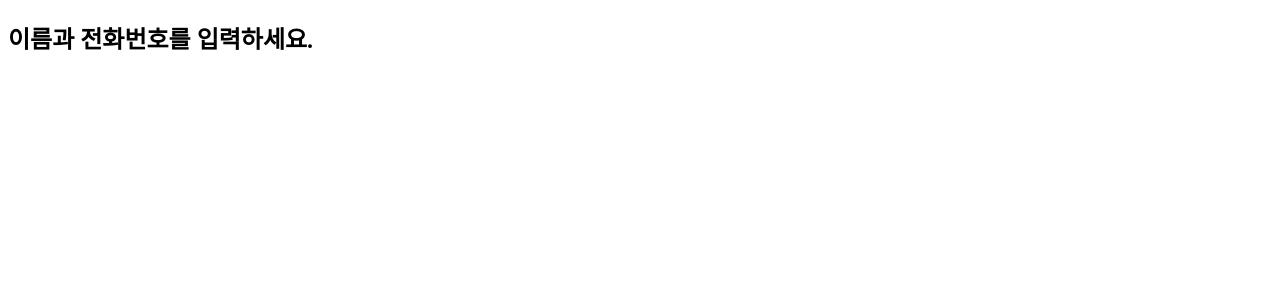
Repository: matodale/StudyJSP
Page: http://localhost/StudyJSP/ch06/ifMutiTestForm.jsp
An editor plug-in stored every save of this project. The page is shown before and after the next save, followed by the edit.
The browser window is 1280 px wide. The pictures show the whole page.
The page is served by Tomcat 9.

Above is the page before, as saved 2022-12-21 05:19:30.

After the next save:
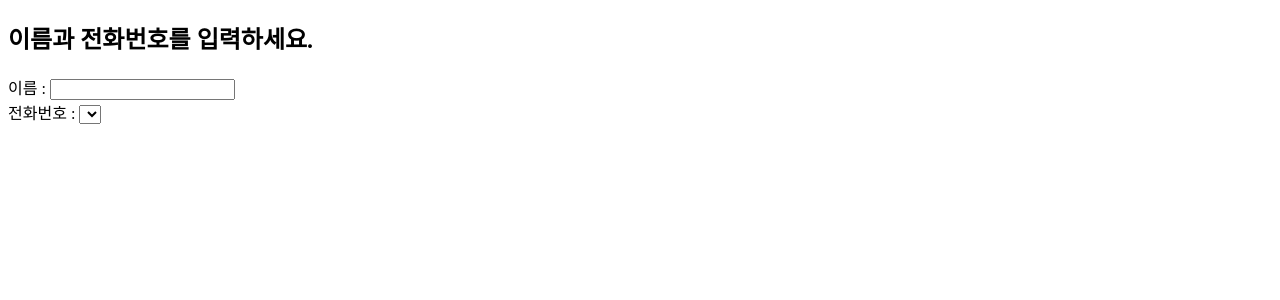
Saved 114 s later.
--- a/StudyJSP/src/main/webapp/ch06/ifMutiTestForm.jsp
+++ b/StudyJSP/src/main/webapp/ch06/ifMutiTestForm.jsp
@@ -8,7 +8,13 @@
 </head>
 <body>
 <h2>이름과 전화번호를 입력하세요.</h2>
-<form>
+<form method="post" action="ifMutiTestPro.jsp">
+<p>
+이름 : <input type="text" name="name"><br>
+전화번호 :
+<select name="local">
+</select>
+</p>
 
 </form>
 </body>
